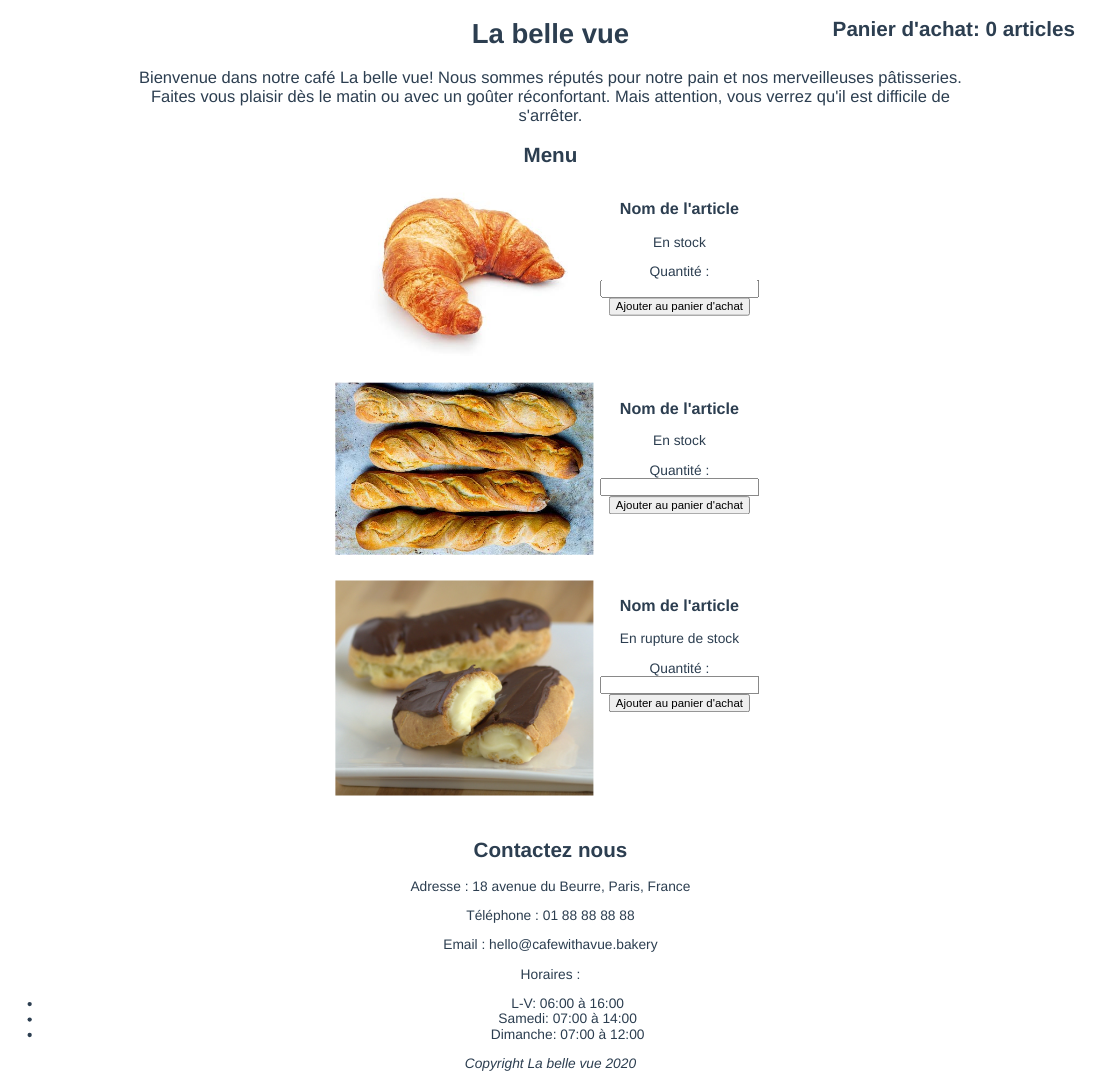
Repository: arione15/OC-tuto_cafe-avec-vue_Vue.js
Page: Partie 1 Créez votre première app Vue.js/Vue-fr-P1C4-Begin/cafe-with-a-vue/index.html
The author's editor kept a copy of each file at every save. The page is drawn from the files as they stood at one save, then again after a run of saves.
The browser window is 1280 px wide. The pictures show the whole page, at 86% of full size.

Above is the page before, as saved 2021-09-06 16:22:21.

### Partie 1 Créez votre première app Vue.js/Vue-fr-P1C4-Begin/cafe-with-a-vue/index.html
<!DOCTYPE html>
<html lang="en">

<head>
	<meta charset="UTF-8" />
	<meta name="viewport" content="width=device-width, initial-scale=1.0" />
	<meta http-equiv="X-UA-Compatible" content="ie=edge" />
	<link rel="stylesheet" href="./styles.css" />
	<title>Cafe with a Vue</title>
</head>

<body>
	<div id="app" class="app">
		<h1>{{ restaurantName }}</h1>
		<p class="description">
			Bienvenue dans notre café {{ restaurantName }}! Nous sommes réputés pour
			notre pain et nos merveilleuses pâtisseries. Faites vous plaisir dès le
			matin ou avec un goûter réconfortant. Mais attention, vous verrez qu'il
			est difficile de s'arrêter.
		</p>

		<section class="menu">
			<h2>Menu</h2>
			<div v-for="item of simpleMenu" class="menu-item">
				<img
					class="menu-item__image"
					:src="item.image.source"
					:alt="item.image.alt"
				/>
				<div v-for="item of ">
					<h3>Nom de l'article</h3>
					<p v-if="item.inStock">En stock</p>
					<p v-else>En rupture de stock</p>
					<div>
						<label for="add-item-quantity">Quantité :</label>
						<input id="add-item-quantity" type="number" />
						<button>Ajouter au panier d'achat</button>
					</div>
				</div>
			</div>
		</section>

		<aside class="shopping-cart">
			<h2>Panier d'achat: 0 articles</h2>
		</aside>

		<h2>Contactez nous</h2>
		<p>Adresse : {{ address }}</p>
		<p>Téléphone : {{ phone }}</p>
		<p>Email : {{ email }}</p>
		<p>Horaires :</p>
		<ul>
			<li>L-V: 06:00 à 16:00</li>
			<li>Samedi: 07:00 à 14:00</li>
			<li>Dimanche: 07:00 à 12:00</li>
		</ul>

		<footer class="footer">
			<p>Copyright {{ restaurantName }} 2020</p>
		</footer>
	</div>

	<script src="https://cdn.jsdelivr.net/npm/vue/dist/vue.js"></script>
	<script>
		const app = new Vue({
			el: "#app",
			data: {
				address: "18 avenue du Beurre, Paris, France",
				email: "hello@cafewithavue.bakery",
				phone: "01 88 88 88 88",
				restaurantName: "La belle vue",
				simpleMenu: [
					{
						name: "Croissant",
						image: {
							source: "./images/croissant.jpg",
							alt: "Un croissant"
						},
						inStock: true,
						quantity: 1
					},
					{
						name: "Baguette de pain",
						image: {
							source: "./images/french-baguette.jpeg",
							alt: "Quatre baguettes de pain"
						},
						inStock: true,
						quantity: 1
					},
					{
						name: "Éclair",
						image: {
							source: "./images/eclair.jpg",
							alt: "Éclair au chocolat"
						},
						inStock: false,
						quantity: 1
					}
				]
			},
			computed: {
				copyright() {
					const currentYear = new Date().getFullYear();
					return `Copyright ${this.restaurantName} ${currentYear}`;
				}
			}
		})
	</script>
</body>

</html>

### Partie 1 Créez votre première app Vue.js/Vue-fr-P1C4-Begin/cafe-with-a-vue/styles.css
.app {
  font-family: 'Avenir', Helvetica, Arial, sans-serif;
  -webkit-font-smoothing: antialiased;
  -moz-osx-font-smoothing: grayscale;
  text-align: center;
  color: #2c3e50;
}

.description {
  max-width: 960px;
  font-size: 1.2rem;
  margin: 0 auto;
}

.footer {
  text-align: center;
  font-style: italic;
}

.menu {
  display: flex;
  flex-direction: column;
  justify-content: center;
  align-items: center;
}

.menu-item {
  display: flex;
  width: 500px;
  justify-content: space-between;
  margin-bottom: 30px;
}

.menu-item__image {
  max-width: 300px;
}

.shopping-cart {
  position: absolute;
  right: 30px;
  top: 0;
}

After the next 2 saves:
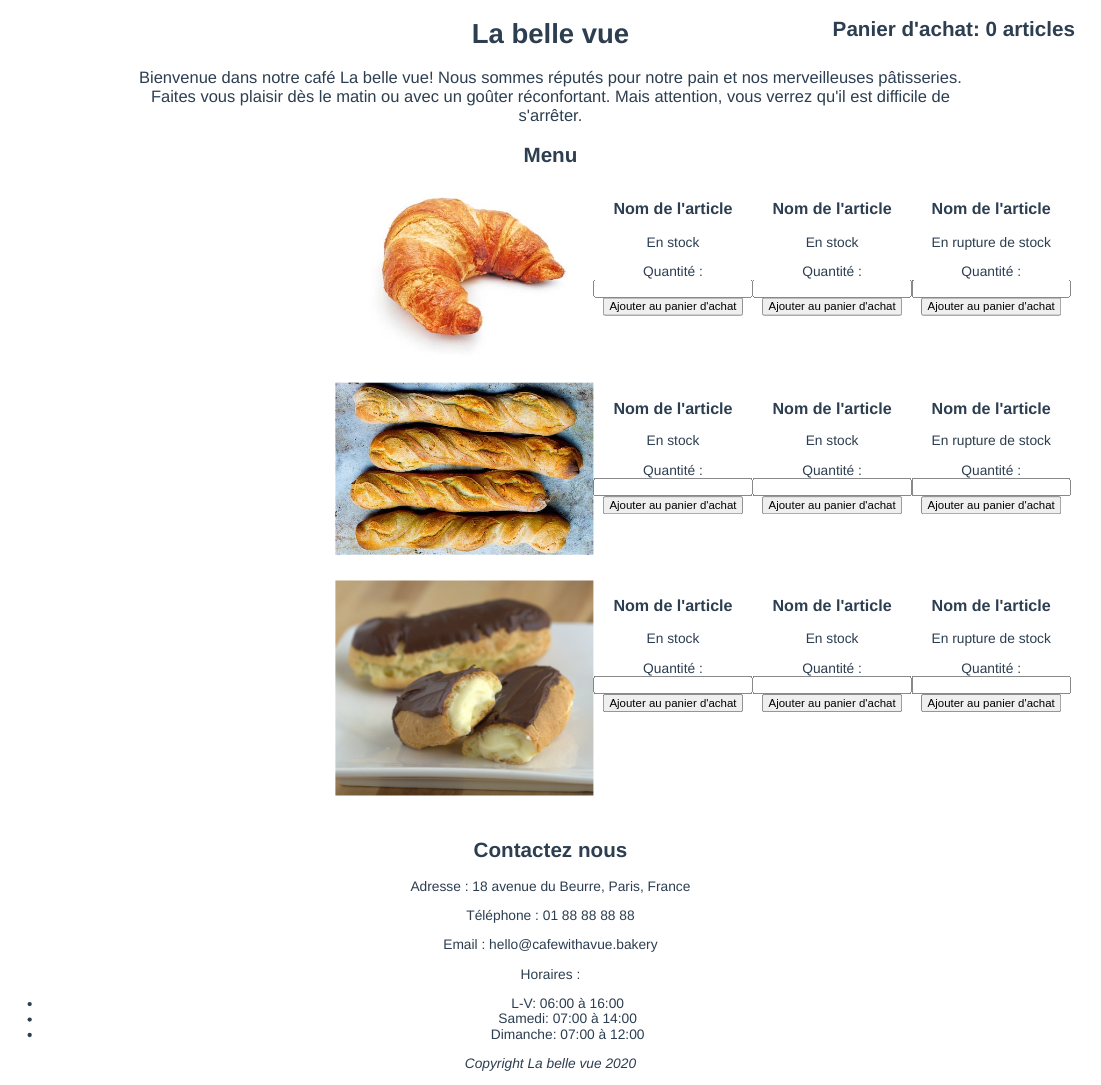
The 2 saves are shown as one change because they came seconds apart.
The last was saved 9 s later.
--- a/Partie 1 Créez votre première app Vue.js/Vue-fr-P1C4-Begin/cafe-with-a-vue/index.html
+++ b/Partie 1 Créez votre première app Vue.js/Vue-fr-P1C4-Begin/cafe-with-a-vue/index.html
@@ -27,7 +27,7 @@
 					:src="item.image.source"
 					:alt="item.image.alt"
 				/>
-				<div v-for="item of ">
+				<div v-for="item of simpleMenu">
 					<h3>Nom de l'article</h3>
 					<p v-if="item.inStock">En stock</p>
 					<p v-else>En rupture de stock</p>

After the save that followed:
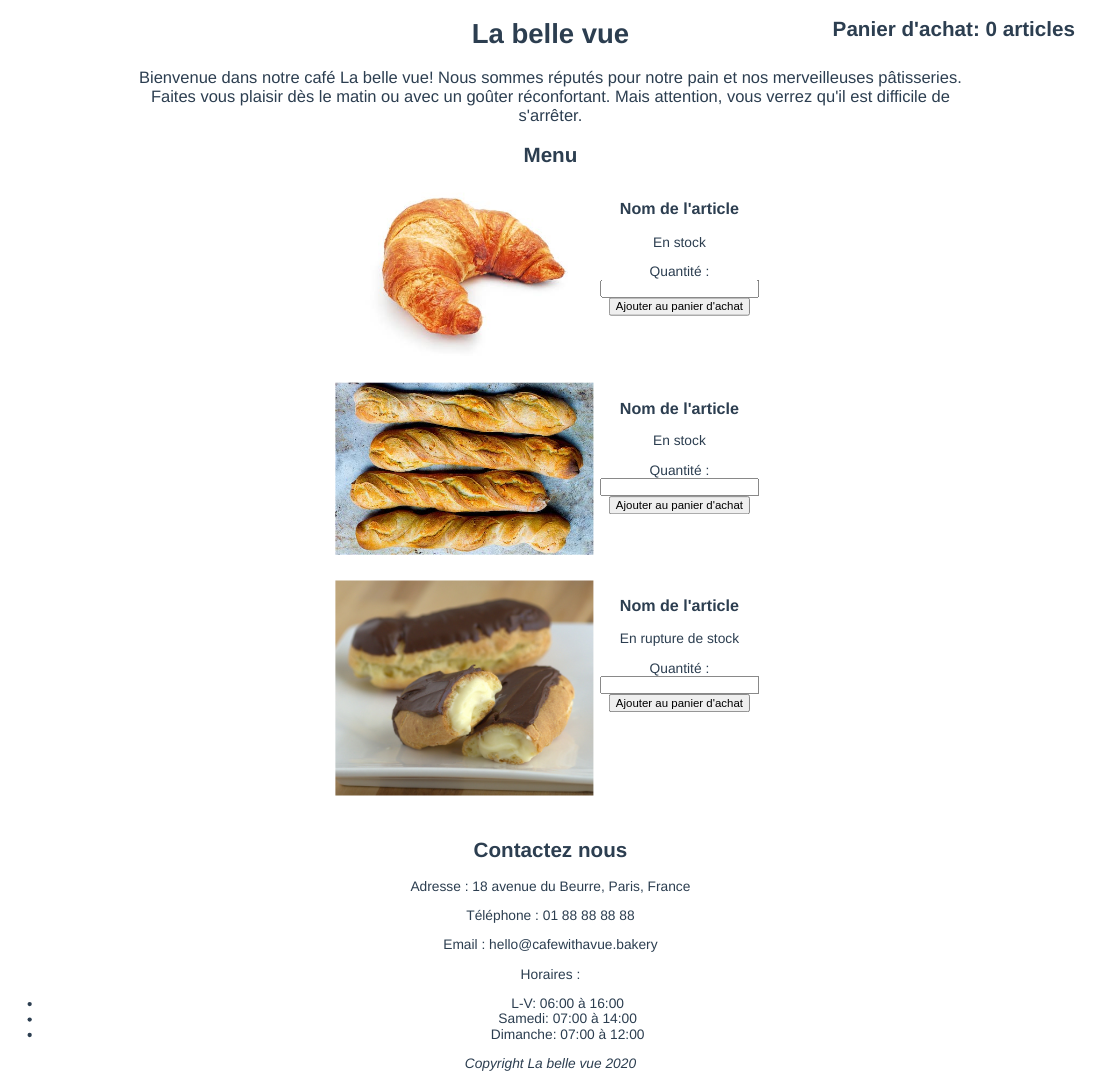
Saved 31 s later.
--- a/Partie 1 Créez votre première app Vue.js/Vue-fr-P1C4-Begin/cafe-with-a-vue/index.html
+++ b/Partie 1 Créez votre première app Vue.js/Vue-fr-P1C4-Begin/cafe-with-a-vue/index.html
@@ -27,7 +27,7 @@
 					:src="item.image.source"
 					:alt="item.image.alt"
 				/>
-				<div v-for="item of simpleMenu">
+				<div>
 					<h3>Nom de l'article</h3>
 					<p v-if="item.inStock">En stock</p>
 					<p v-else>En rupture de stock</p>
